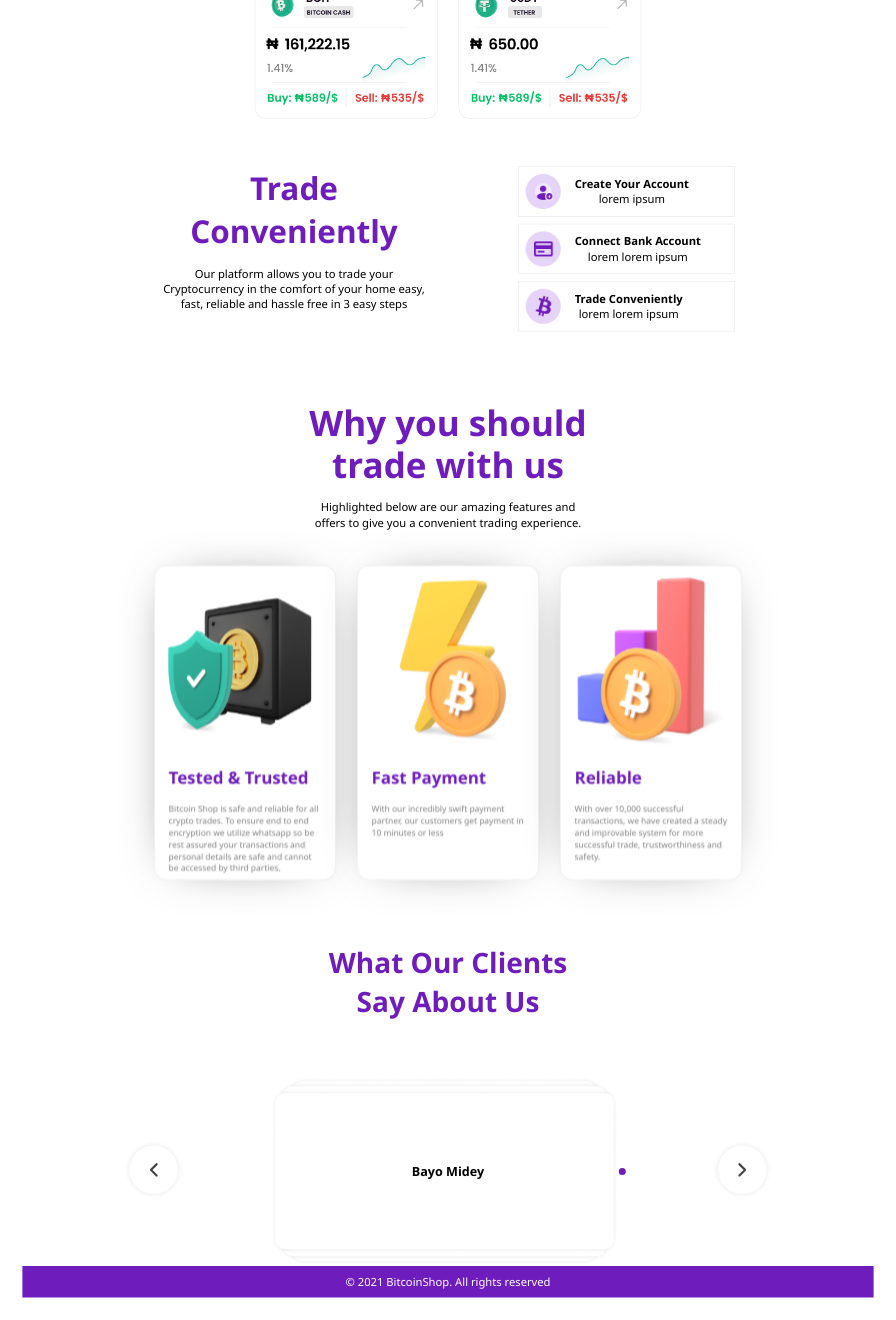
Repository: akinmiday/bitcoinshop-website
Page: /
The author's editor kept a copy of each file at every save. The page is drawn from the files as they stood at one save, then again after the next save.
The browser window is 1280 px wide. The pictures show the part of the page from y = 862 to 2782 px (the page is 2747 px tall before and 2782 px after), at 70% of full size.
The project was rebuilt for these pictures with package versions that can differ from the ones it lists, and the page was loaded fresh each time. Also part of the build but not shown: vite.config.js.

Above is the page before, as saved 2023-07-10 20:36:01.

### src/App.jsx
import React from 'react'
import { Route, createBrowserRouter, RouterProvider, createRoutesFromElements } from "react-router-dom"
import './App.css'
import Layout from './components/layout'
import TitlePage from './pages/title'
import Rates from './pages/rates'



const router = createBrowserRouter(createRoutesFromElements(
  <Route path='/' element={<Layout />} >
    <Route index element={<TitlePage />} />
    <Route element={<Rates />} />

  </Route>
))

function App() {

  return (
    <RouterProvider router={router} />
  )
}

export default App

### src/index.css
*{
    margin: 0;
    padding: 0;
    box-sizing: border-box;
    font-family: 'Segoe UI', Tahoma, Geneva, Verdana, sans-serif ;
}

.header{
    display: flex;
    color:#6E1CBC;
    display: flex;
    align-items: center;
    border-bottom: #EAEAEA solid 1px;
    height: 60px;
    flex-shrink: 0;
    justify-content: space-between;
    padding: 20px;
}


.right-side-header{
    display: flex;
    align-items: center;
    font-weight: 500;
}

.right-side-header > img{
    padding: 10px;
    height: 44px;

}

.shop-logo{
    color:#FFCC00 ;
}


.middle-section-header {
    display: flex;
    justify-content: center;
    align-items: center;
    gap: 20px;
}

.right-side-header >button {
    background-color: #6E1CBC;
    color: #ffffff;
    padding: 5px 10px;
    border-radius: 8px;
}

.footer{
    background-color: #6E1CBC;
    color: #ffffff;
    display: flex;
    justify-content: center;
    align-items: center;
    margin-top: auto;
    flex-shrink: 0;
    height: 45px;
}

.title-section{
    display: flex;
    padding: 30px;
    height: 400px;
    justify-content: space-around;

}



.left-side-title{
    width: 450px;
    padding: 20px;
}

.left-side-title > h1{
    color: #6E1CBC;
    font-size: 62px;
    font-style: normal;
    font-weight: 700;
    line-height: 78px;


}

.left-side-title > p{
    font-size: 18px;
    padding: 20px 0;
}

.left-side-title >button{
    color: #ffffff;
    background-color: #6E1CBC;
    padding: 5px 10px;
    border-radius: 7px;
    text-align: center;
}

.rates-section{
    color: #6E1CBC;
    text-align: center;
    font-size: 26px;
}

.rates-section h1 {
    padding: 20px;
}

.rates-section img{
    height: 200px;
}


.top-row-rates-section {
    display: flex;
    justify-content: center;
    margin-bottom: 20px;
    gap: 30px;
  }

  .bottom-row-rates-section {
    display: flex;
    justify-content: center;
    gap: 30px;
  }

  .trade-section{
    margin-top: 30px;
    display: flex;
    justify-content: center;
    align-items: flex-start;
    gap: 110px;
    flex-shrink: 0;
    padding: 20px;
  }

  .left-trade-section{
    width: 400px;

  }

  .left-trade-section h1 {
    color: #6E1CBC;
    font-size: 45px;
    padding: 10px;
  }

  .left-trade-section p{
    padding: 10px;
  }

  .trade-link-section >div{
    display: flex;
    align-items: center;
    width: 310px;
    padding: 10px;
    margin: 10px;
    border: #EAEAEA 1px solid;
  }

  .trade-link-section > div >img{
    height: 50px;
    margin-right: 20px;
  }
  .trade-with-us{
    text-align: center;

    margin-top: 50px;
  }

  .trade-with-us-heading > h1{
    color: #6E1CBC;
    font-size: 50px;
    line-height: 60px;
    padding: 20px;
  }

  .trade-with-us-icon-section{
    display: flex;
    margin-top: 20px;
    padding-top: 30px;
    gap: 30px;
    justify-content: center;
    align-items: center;
    padding-bottom: 20px;
  }

  .trade-with-us-icon-section >div{
    border-radius: 18px;
    border: 1px solid #EAEAEA;
    background: #FFF;
    backdrop-filter: blur(100px);
    width: 260px;
    height: 450px;
    text-align: left;
    box-shadow: -2px 0px 74px -36px rgba(0,0,0,0.71);
    -webkit-box-shadow: -2px 0px 74px -36px rgba(0,0,0,0.71);
    -moz-box-shadow: -2px 0px 74px -36px rgba(0,0,0,0.71);
  }

  .trade-with-us-icon-section div >h2{
    color: #6E1CBC;
    padding: 20px;
  }

  .trade-with-us-icon-section div >p{
    padding: 0 20px;
    font-size: 12px;
    color: #808080;
  }

  .trade-with-us-icon-section img {
    width: 250px;
    height: 250px;
    margin-top: 10px;
  }

  .carousel-area{
    display: flex;
    align-items: center;
    justify-content: center;
    gap: 20px;
    margin-top: 60px;
  }

  .review-section{
    text-align: center;
    margin-top: 50px;
    color: #6E1CBC;
  }

  .review-section h1{
    font-size: 40px;
    padding: 20px;
  }

  .review-card{
    width: 70%;
    position: relative;
    align-items: center;


  }

  .review-card-area {
    position: relative;
    display: flex;
    align-items: center;
    justify-content: center;

  }

  .review-card-area h2{
    position: absolute;
    color: black;
    font-size: 18px;

  }

  .review-image{
    border-radius: 102px;
    border: 5px solid #6E1CBC;
    background: url(<path-to-image>), lightgray 50% / cover no-repeat, #C4C4C4;

  }

### src/components/layout.jsx
import React from "react";
import { Outlet } from "react-router-dom";
import Header from "./header";
import Footer from "./footer";
import Rates from "../pages/rates";


export default function Layout() {
    return (<>
        <Header />
        <main>
            <Outlet />
        </main>
        <Footer />
    </>)
}

### src/pages/title.jsx
import React from "react";
import groupIcons from "../assets/Group-icons-title.png"
import Rates from "./rates";
import TradeSection from "./tradeSection";
import TradeWithUs from "./tradewithus";
import Reviews from "./reviews";

export default function TitlePage() {
    return (<>
        <div className="title-section" >
            <div className="left-side-title" >
                <h1>Trade your Cryptocurrency</h1>
                <p>Best and reliable platform to trade over 100 cryptocurrencies for your local Fiat</p>
                <button>Get Started</button>
            </div>
            <img src={groupIcons} />
        </div>
        <Rates />
        <TradeSection />
        <TradeWithUs />
        <Reviews />
    </>
    )
}

### src/pages/rates.jsx
import React from "react";
import btcTrend from "../assets/bitcoin-trend-Item.png"
import ethTrend from "../assets/ETH-Trend-Item.png"
import bnbTrend from "../assets/BNB-Trend-Item.png"
import bchTrend from "../assets/BCH-Trend-Item.png"
import usdtTrend from "../assets/USDT-Trend-Item.png"

export default function Rates() {
    return (
        <div className="rates-section">
            <h1>We Offer Superb Rates</h1>
            <div className="top-row-rates-section">
                <div><img src={btcTrend} /></div>
                <div><img src={ethTrend} /></div>
                <div><img src={bnbTrend} /></div>
            </div>
            <div className="bottom-row-rates-section">
                <div><img src={bchTrend} /></div>
                <div><img src={usdtTrend} /></div>
            </div>
        </div>
    );
}

### src/components/header.jsx
import React from "react";
import logoImg from "../assets/bitcoinshop-logo.png"
import lightIcon from "../assets/Light-icon.png"


export default function Header() {
    return (<div className="header" >
        <div className="right-side-header" ><img src={logoImg} />
            <h4>Bitcoin<span className="shop-logo" >Shop</span></h4>
        </div>
        <div className="middle-section-header" >
            <h4>Home</h4>
            <h4>Contact us</h4>
            <h4>About us</h4>
            <h4>FAQs</h4>
            <h4>Terms of Service</h4>
        </div>
        <div className="right-side-header" >
            <img src={lightIcon} />
            <button>Trade now</button>
        </div>


    </div>)
}

### src/components/footer.jsx
import React from "react";

export default function Footer() {
    return (<>
        <div className="footer" >&#169; 2021 BitcoinShop. All rights reserved</div>
    </>)
}

### src/pages/tradeSection.jsx
import React from "react";
import profileIcon from "../assets/profile-icon.png"
import debitCardIcon from "../assets/debit-card-icon.png"
import bitcoinIcon from "../assets/bitcoin-icon.png"

export default function TradeSection() {
    return (
        <div className="trade-section">
            <div className="left-trade-section" >
                <h1>Trade Conveniently</h1>
                <p>Our platform allows you to trade your Cryptocurrency in the comfort of your home
                    easy, fast, reliable and hassle free in 3 easy steps
                </p>
            </div>
            <div className="trade-link-section" >
                <div>
                    <img src={profileIcon} />
                    <div>
                        <h4>Create Your Account</h4>
                        <p>
                            lorem ipsum
                        </p>
                    </div>
                </div>

                <div>
                    <img src={debitCardIcon} />
                    <div>
                        <h4>Connect Bank Account</h4>
                        <p>
                            lorem lorem ipsum
                        </p>
                    </div>
                </div>

                <div>
                    <img src={bitcoinIcon} />
                    <div>
                        <h4>Trade Conveniently</h4>
                        <p>
                            lorem lorem ipsum
                        </p>
                    </div>
                </div>
            </div>
        </div>
    )
}

### src/pages/tradewithus.jsx
import React from "react";
import securedIcon from "../assets/secured.png"
import fastPaymentIcon from "../assets/fast-payment.png"
import reliableIcon from "../assets/reliable.png"

export default function TradeWithUs() {
    return (
        <div className="trade-with-us" >
            <div className="trade-with-us-heading" >
                <h1>Why you should <br /> trade with us</h1>
                <p>Highlighted below are our amazing features and <br /> offers
                    to give you a convenient trading experience.
                </p>
            </div>
            <div className="trade-with-us-icon-section" >
                <div>
                    <img src={securedIcon} />
                    <h2>Tested & Trusted</h2>
                    <p>Bitcoin Shop is safe and reliable for all crypto trades. To ensure end to end encryption we utilize whatsapp
                        so be rest assured your transactions and personal details are safe and cannot be accessed by third parties.
                    </p>
                </div>
                <div>
                    <img src={fastPaymentIcon} />
                    <h2>Fast Payment</h2>
                    <p>With our incredibly swift payment partner, our customers get payment in 10 minutes or less</p>
                </div>
                <div>
                    <img src={reliableIcon} />
                    <h2>Reliable</h2>
                    <p>With over 10,000 successful transactions, we have created a steady and improvable system for more successful trade,
                        trustworthiness and safety.
                    </p>
                </div>
            </div>
        </div>
    )
}

### src/pages/reviews.jsx
import React from "react";
import reviewCard from "../assets/review-card.png"
import toRightIcon from "../assets/to-right-carousel.png"
import toLeftIcon from "../assets/to-left-carousel.png"

export default function Reviews() {
    return (
        <div className="review-section" >
            <h1>What Our Clients<br />Say About Us</h1>

            <div className="carousel-area" >
                <div>
                    <img src={toLeftIcon} />
                </div>
                <div className="review-card-area" >
                    <img className="review-card" src={reviewCard} />
                    <div className="review-image" ></div>
                    <h2>Bayo Midey</h2>
                </div>
                <div>
                    <img src={toRightIcon} />
                </div>
            </div>

        </div>
    )
}

Loaded but not shown: src/main.jsx (common file); src/App.css (common file)

After the next save:
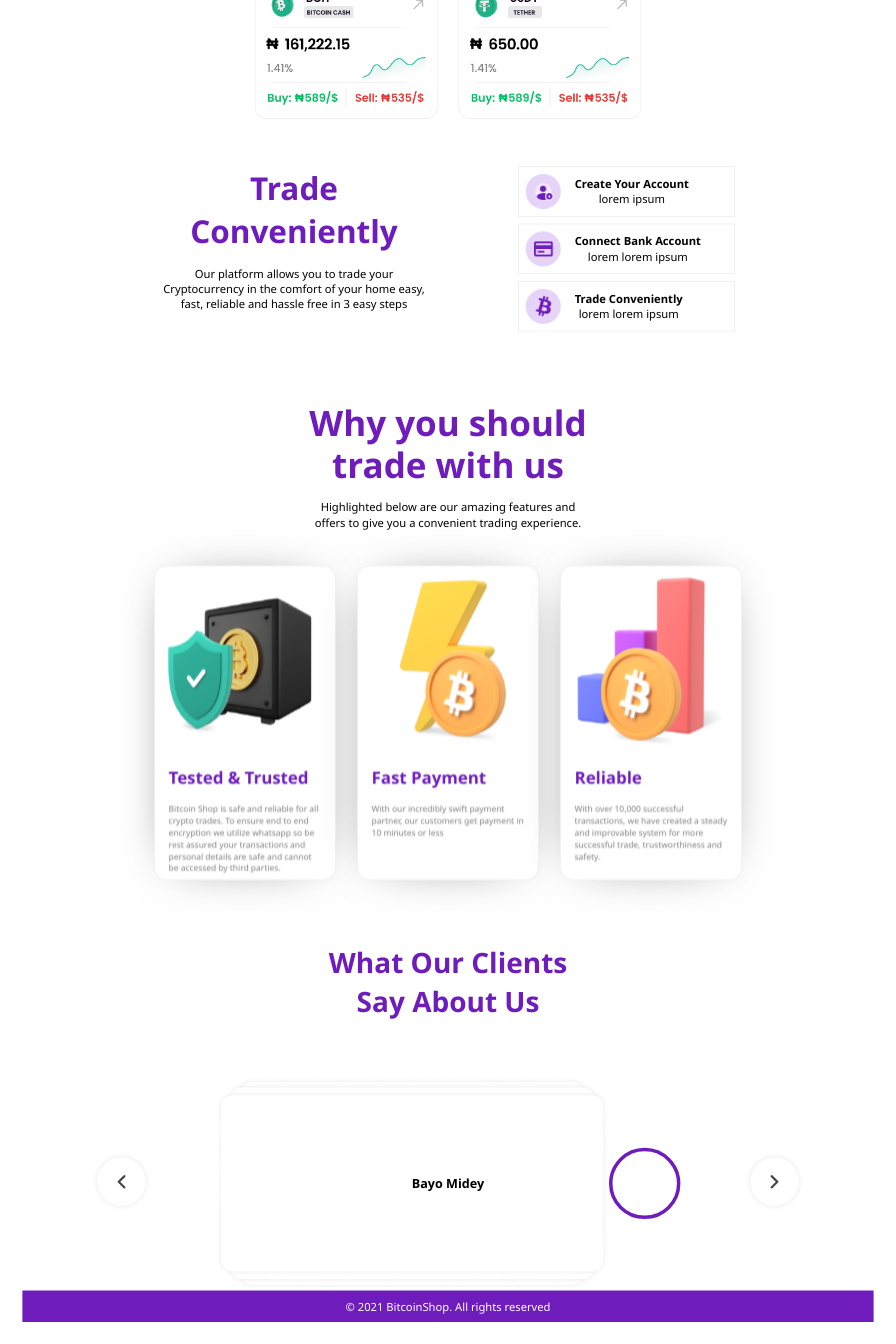
Saved 6 s later.
--- a/src/index.css
+++ b/src/index.css
@@ -263,5 +263,8 @@
     border-radius: 102px;
     border: 5px solid #6E1CBC;
     background: url(<path-to-image>), lightgray 50% / cover no-repeat, #C4C4C4;
-
-  }
+    width: 102px;
+height: 102px;
+flex-shrink: 0;
+
+  }
